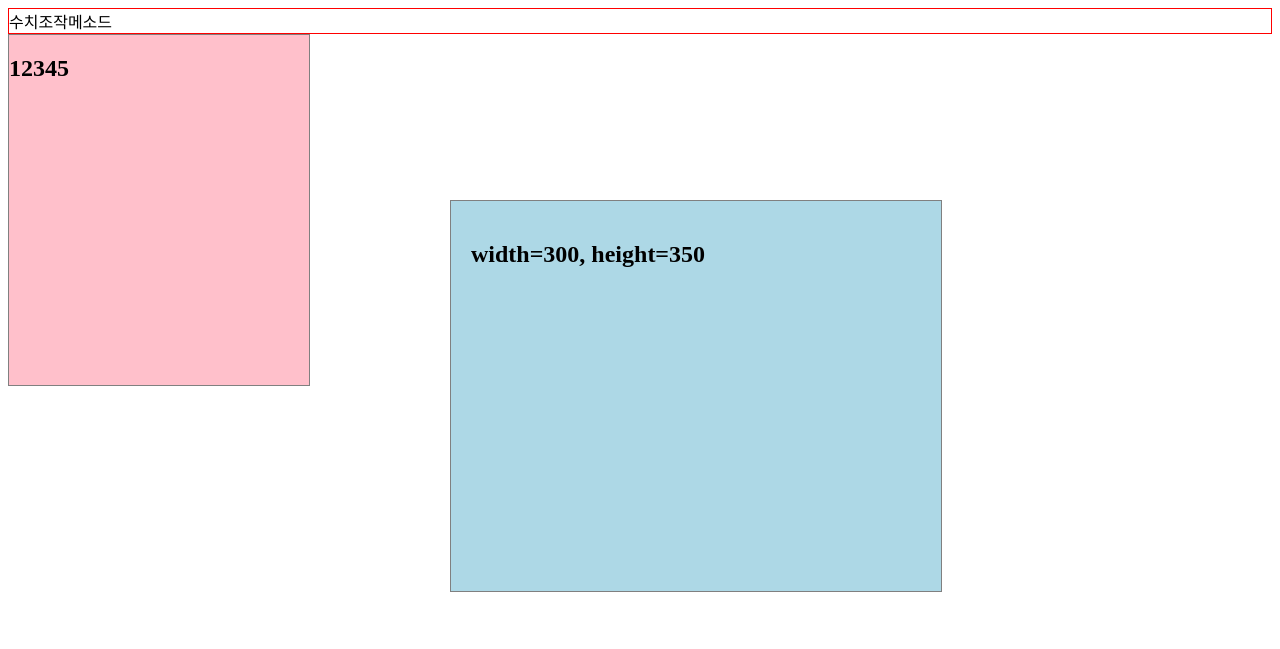
Repository: KangSuA/JSP
Page: webApp/src/main/webapp/jquery/jq08_object.html
An editor plug-in stored every save of this project. The page is shown before and after the next save, followed by the edit.
The browser window is 1280 px wide. The pictures show the whole page.

Above is the page before, as saved 2023-02-14 08:43:00.

### webApp/src/main/webapp/jquery/jq08_object.html
<!DOCTYPE html>
<html>
<head>
<meta charset="UTF-8">
<title>Insert title here</title>
<script src="https://cdnjs.cloudflare.com/ajax/libs/jquery/3.6.3/jquery.min.js" ></script>
<script>
	$(function(){
		$('div:eq(0)').css('border','1px solid red');
		$('div:gt(0)').css('width','300px').css('height','350px')
		.css('background-color','pink').css('border','1px solid gray');
		$('div:nth-child(3)').css('position','absolute').css('left','400px')
		.css('top','150px').css('margin','50px').css('padding','20px').css('background-color','lightblue');

		//세번째 div의 폭과 높이 구하기
		var width = $("div:eq(2)").width();
		var height = $("div:eq(2)").height();

		$("div:eq(2)").append("<h2>width="+width+", height="+height+"</h2>");
		$("div:eq(2)").width("450px");
	})
</script>
</head>
<body>
	<div>수치조작메소드</div>
	<div><h2>12345</h2></div>
	<div></div>
</body>
</html>

After the next save:
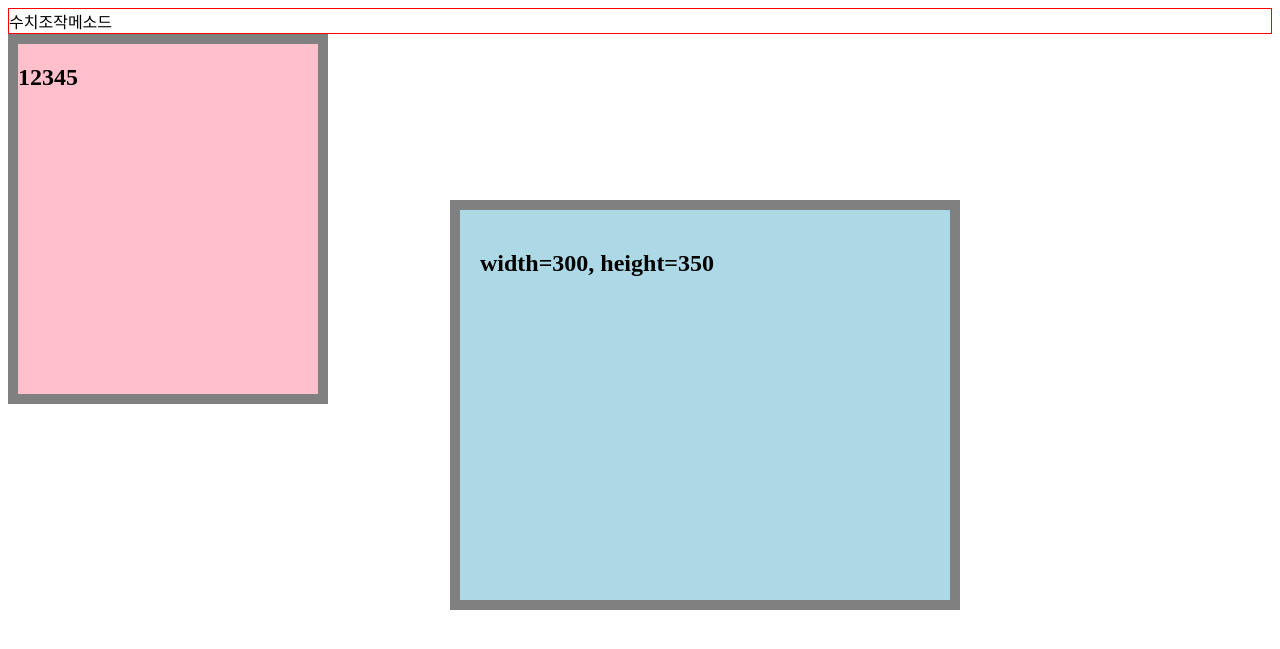
Saved 2 min 27 s later.
--- a/webApp/src/main/webapp/jquery/jq08_object.html
+++ b/webApp/src/main/webapp/jquery/jq08_object.html
@@ -8,7 +8,7 @@
 	$(function(){
 		$('div:eq(0)').css('border','1px solid red');
 		$('div:gt(0)').css('width','300px').css('height','350px')
-		.css('background-color','pink').css('border','1px solid gray');
+		.css('background-color','pink').css('border','10px solid gray');
 		$('div:nth-child(3)').css('position','absolute').css('left','400px')
 		.css('top','150px').css('margin','50px').css('padding','20px').css('background-color','lightblue');
 
